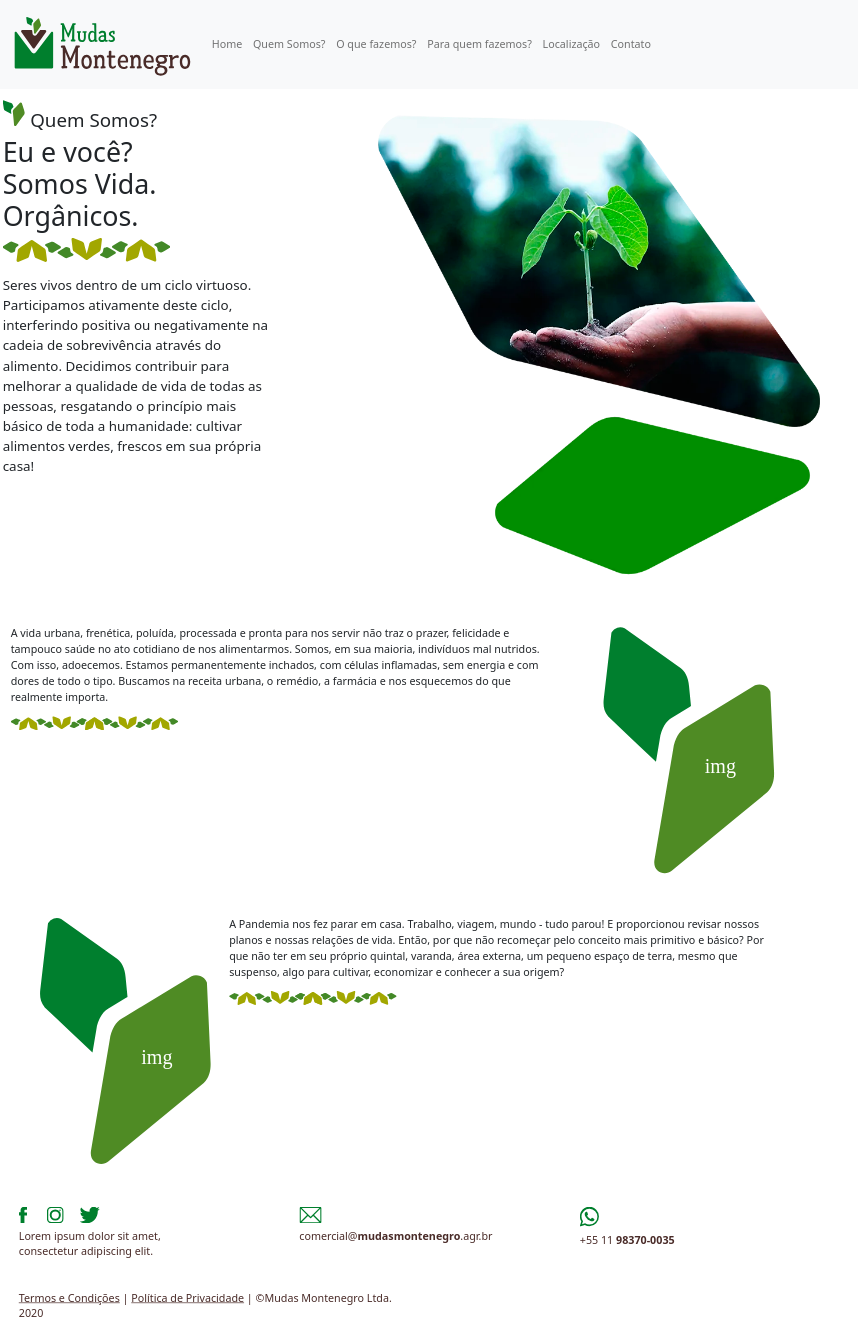
Repository: MaKnok/mudas-montenegro
Page: quem-somos.html
These files come from the project's save history. The page is drawn as it stood at one moment and after the next save; the edit follows.
The browser window is 1280 px wide. The page is 1292 px wide, then 1280 px, so the pictures cover 1292 px, including what lies to the right of the window. The pictures show the whole page, at 67% of full size.
Some web libraries are served in a nearby version.

Above is the page before, as saved 2021-06-18 10:37:27.

After the next save:
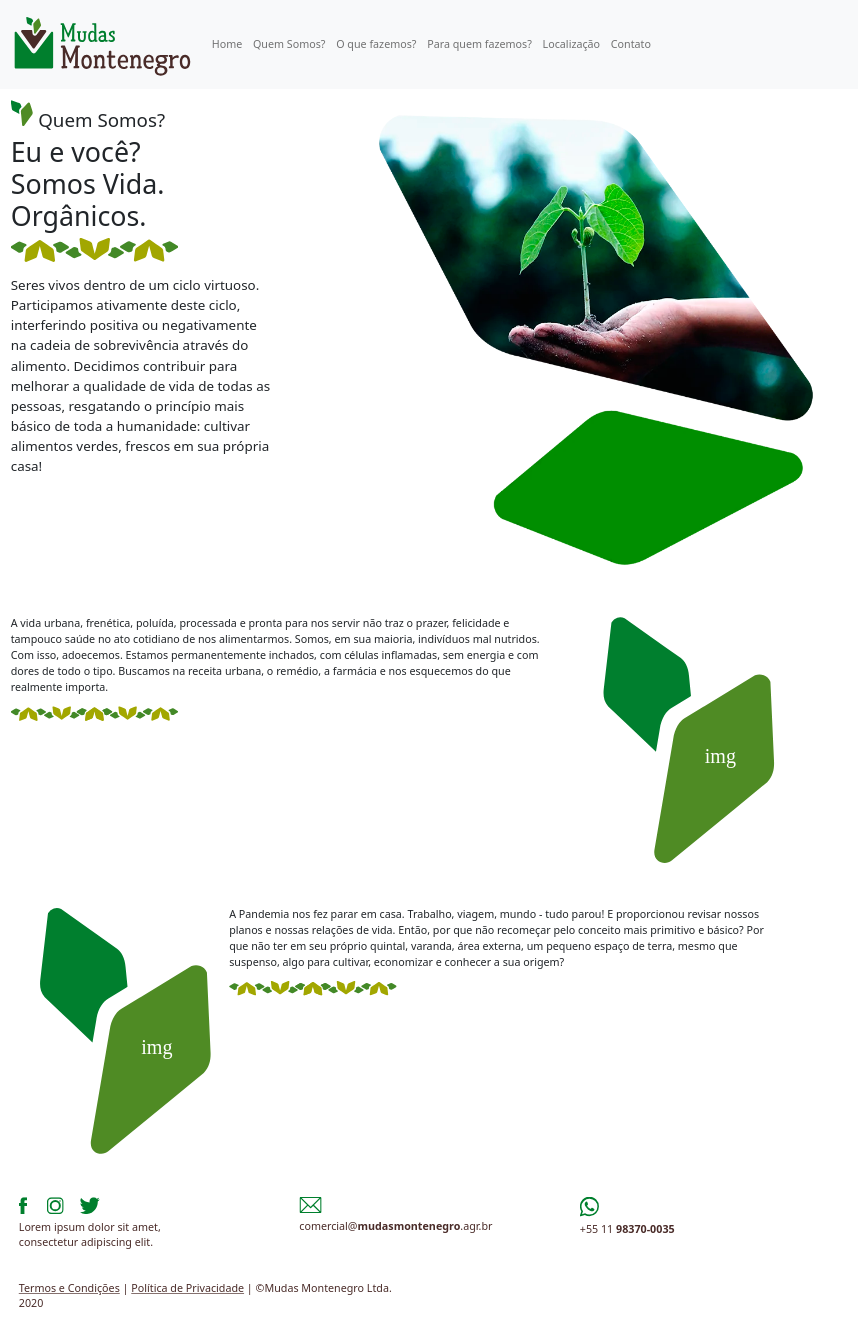
Saved 11 min 32 s later.
--- a/quem-somos.html
+++ b/quem-somos.html
@@ -53,38 +53,40 @@
 
 <!--- Intro -->
 
+<div class="container-fluid">
 
-<div class="row section-top">
+  <div class="row section-top">
 
-        <div class="col-xs-12 col-sm-12 col-md-4 col-lg-4 col-xl-4 col-xxl-4">
+    <div class="col-xs-12 col-sm-12 col-md-4 col-lg-4 col-xl-4 col-xxl-4">
 
-          <h3 class="page-title">Quem Somos?</h3>
+      <h3 class="page-title">Quem Somos?</h3>
 
-          <h1 class="page-slogan">
-            Eu e você?<br/>
-            Somos Vida.<br/>
-            Orgânicos.
-          </h1>
+      <h1 class="page-slogan">
+        Eu e você?<br/>
+        Somos Vida.<br/>
+        Orgânicos.
+      </h1>
 
-          <img src="img/leaves_sections.svg" class="leaves-home">
+      <img src="img/leaves_sections.svg" class="leaves-home">
 
-          <p class="lead">
-            Seres vivos dentro de um ciclo virtuoso. Participamos ativamente deste ciclo, interferindo positiva ou negativamente na cadeia de sobrevivência através do alimento. Decidimos contribuir para melhorar a qualidade de vida de todas
-            as pessoas, resgatando o princípio mais básico de toda a humanidade: cultivar alimentos verdes, frescos em sua própria casa!
-          </p>
+      <p class="lead">
+        Seres vivos dentro de um ciclo virtuoso. Participamos ativamente deste ciclo, interferindo positiva ou negativamente na cadeia de sobrevivência através do alimento. Decidimos contribuir para melhorar a qualidade de vida de todas
+        as pessoas, resgatando o princípio mais básico de toda a humanidade: cultivar alimentos verdes, frescos em sua própria casa!
+      </p>
 
-        </div>
+    </div>
 
-        <div class="col-xs-12 col-sm-12 col-md-8 col-lg-8 col-xl8 col-xxl-8">
+    <div class="col-xs-12 col-sm-12 col-md-8 col-lg-8 col-xl8 col-xxl-8">
 
-                  <source srcset="img/leaves_desktop_img.webp 2x,img/leaves_desktop_img.webp"
-                  media="(min-width: 992px)"/>
+      <source srcset="img/leaves_desktop_img.webp 2x,img/leaves_desktop_img.webp" media="(min-width: 992px)"/>
+      <img src="img/leaves_desktop_img.webp" class="img-fluid" alt="Muda">
 
-                  <img src="img/leaves_desktop_img.webp" class="img-fluid" alt="Muda">
+    </div>
 
-        </div>
+  </div>
 
 </div>
+
 
 
 
